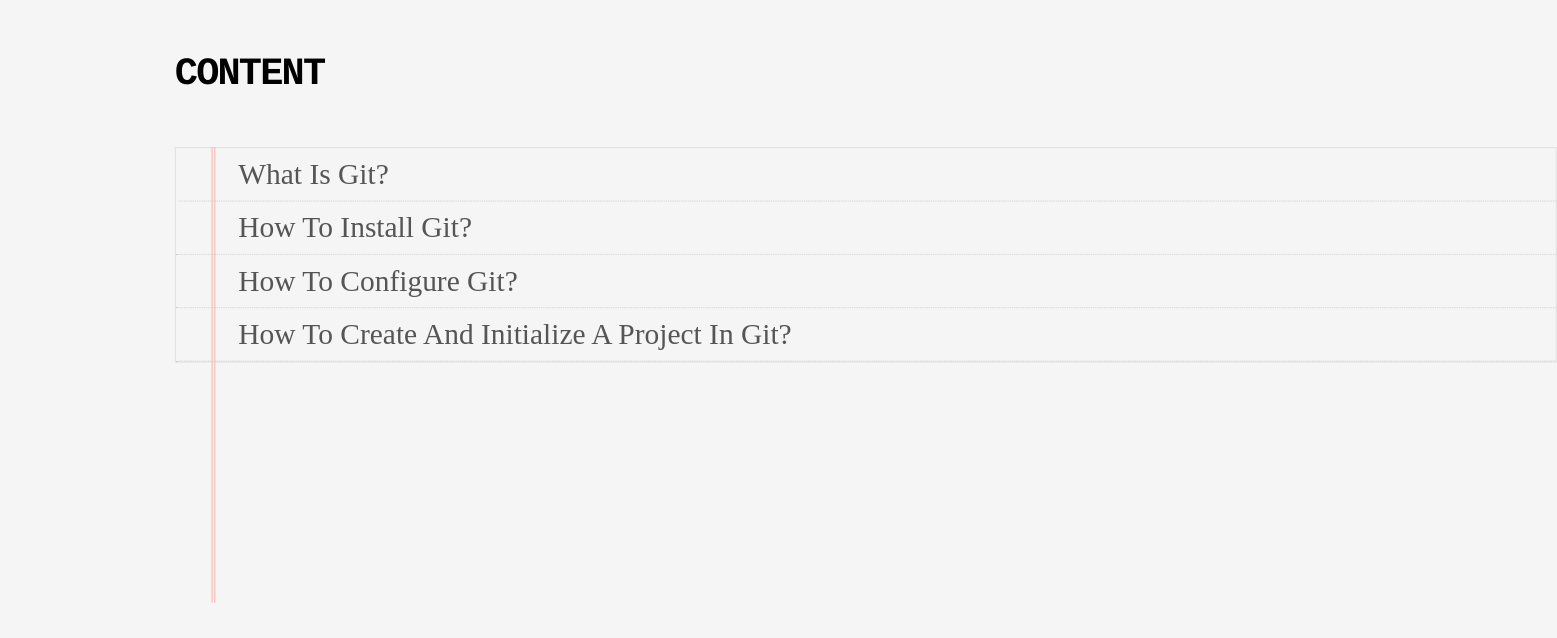
Repository: dev-singh-kanyal/Archive-git_github
Page: index.html
An editor plug-in stored every save of this project. The page is shown before and after a run of saves, followed by the edit.
The browser window is 1280 px wide. The page is 1692 px wide, then 1600 px, so the pictures cover 1692 px, including what lies to the right of the window. The pictures show the whole page, at 92% of full size.
Some web fonts or font styles are not loaded; a fallback is used.

Above is the page before, as saved 2022-06-24 15:54:09.

### index.html
<!DOCTYPE HTML>
<html>

<head>
   <meta charset="UTF-8">
   <title>Dev's Notebook</title>
   <link rel="stylesheet" href="style.css">
   <link href="https://fonts.googleapis.com/css2?family=Reenie+Beanie&display=swap" rel="stylesheet">
</head>

<body>

    <h4>CONTENT</h4>

    <div class="lines"></div>

    <ul class="list">
      <li><a href="/src/what is git.html">What is Git?</a></li>
      <li><a href="/src/How to install Git.html">How to install Git?</a></li>
      <li><a href="/src/How to configure Git.html">How to configure Git?</a></li>
      <li><a href="/src/How to Create and Initialize a Project in Git.html">How to Create and Initialize a Project in Git?</a></li>
      <!-- <li><a href="/src/what is git.html">What is Git?</a></li> -->

    </ul>

</body>
</html>

### style.css
body {
    background-color: #f5f5f5;
    width: 900px;
    margin: 0 auto;
    padding: 0;
  }
  h4 {
    color: #000000;
    font-size: 42px;
    letter-spacing: -2px;
    font-family: courier, monospace;
    text-align: left;
  }
  a {
    text-decoration: none;
    color: inherit;
  }
  .list {
    color: #555;
    /* font-size: 22px; */
    padding: 0 !important;
    width: 1500px;
    font-family: 'Reenie Beanie';
    font-size: 2rem;
    /* font-family: courier, monospace; */
    border: 1px solid #dedede;
  }
  .list li {
    list-style: none;
    border-bottom: 1px dotted #ccc;
    text-indent: 25px;
    height: auto;
    padding: 10px;
    text-transform: capitalize;
  }
  .list li:hover {
    background-color: #f0f0f0;
    -webkit-transition: all 0.2s;
    -moz-transition:    all 0.2s;
    -ms-transition:     all 0.2s;
    -o-transition:      all 0.2s;
  }
  .lines {
    border-left: 1px solid #ffaa9f;
    border-right: 1px solid #ffaa9f;
    width: 2px;
    float: left;
    height: 495px;
    margin-left: 40px;
  }

After the next 2 saves:
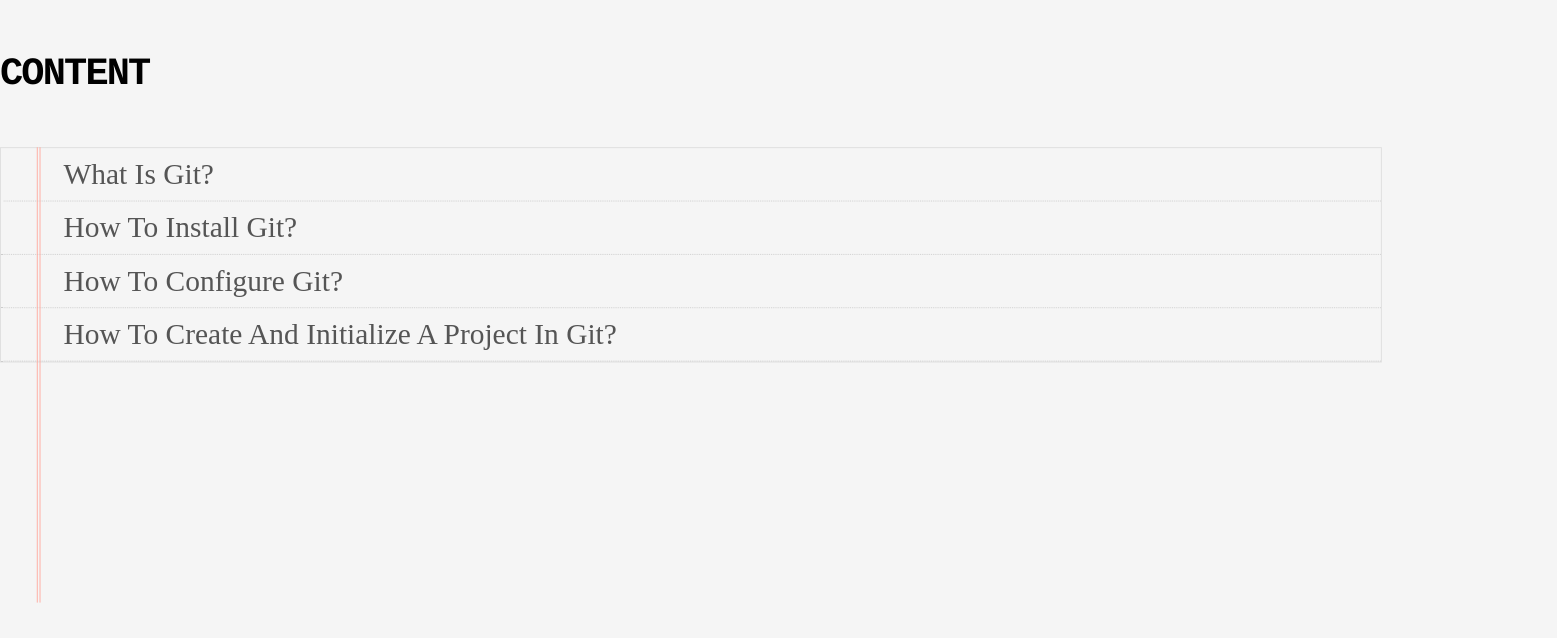
The 2 saves are shown as one change because they came seconds apart.
The last was saved 9 s later.
--- a/style.css
+++ b/style.css
@@ -1,6 +1,6 @@
 body {
     background-color: #f5f5f5;
-    width: 900px;
+    width: 1600px;
     margin: 0 auto;
     padding: 0;
   }
